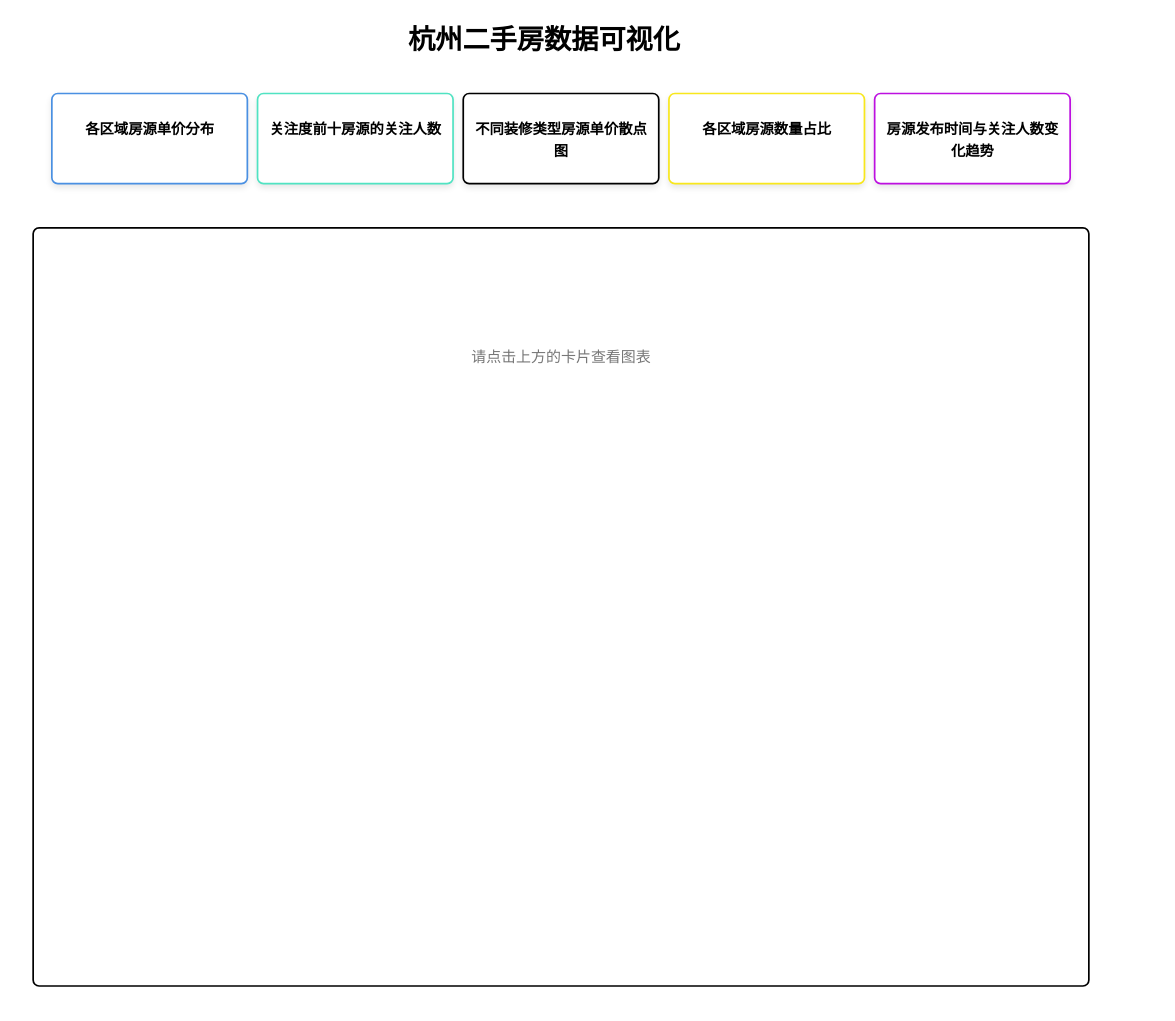
Repository: sakimi-9/DPV-SHP_HangZhou
Page: / (app in rendering/)
These files come from the project's save history. The page is drawn as it stood at one moment and after the next save; the edit follows.
The browser window is 1280 px wide. The page is 1312 px wide, then 1382 px, so the pictures cover 1382 px, including what lies to the right of the window. The pictures show the whole page, at 85% of full size.
The project was rebuilt for these pictures with package versions that can differ from the ones it lists, and the page was loaded fresh each time. Also part of the build but not shown: rendering/vite.config.ts.

Above is the page before, as saved 2025-05-29 11:47:58.

### rendering/index.html
<!DOCTYPE html>
<html lang="en">

<head>
    <meta charset="UTF-8">
    <link rel="icon" href="/favicon.ico">
    <meta name="viewport" content="width=device-width, initial-scale=1.0">
    <title>二手房数据可视化</title>
</head>

<body>
    <div id="app"></div>
    <script type="module" src="/src/main.ts"></script>
</body>

</html>

### rendering/src/App.vue
<template>
  <div>
    <h1 style="text-align: center;">杭州二手房数据可视化</h1>

    <!-- 模式切换 UI -->


    <!-- 2D 图表区域 -->
    <HouseCharts v-if="currentMode === '2D'" :house-data="houseData" />

  </div>
</template>

<script setup lang="ts">
import { ref, onMounted } from 'vue';

// 导入新组件
import HouseCharts from './components/HouseCharts.vue';

// 导入数据解析器
import { ParsedHouse, parseHouseData } from '../util/dataParser';

// Define a ref to store the parsed data
const houseData = ref<ParsedHouse[] | null>(null);

// 定义当前模式状态
const currentMode = ref<'2D'>('2D'); // Only 2D mode is available now

// 定义控制数据分析部分显示的状态变量
const showAnalysis = ref(false);

// 切换数据分析部分显示状态的函数
const toggleAnalysis = () => {
  showAnalysis.value = !showAnalysis.value;
};

// 数据加载逻辑 (修改：先加载经纬度，再加载房源数据)
onMounted(async () => {
  try {
    const response = await fetch('/house_data.json');
    if (!response.ok) {
      throw new Error(`HTTP error! status: ${response.status}`);
    }
    const rawHouseData = await response.json();
    // 解析房源数据时传入经纬度 Map
    houseData.value = parseHouseData(rawHouseData);

    console.log('解析后的数据并存储:', houseData.value);

  } catch (error) {
    console.error('Error loading or processing data:', error);
  }
});

// 显式导出响应式变量 (可能有助于类型检查)
// export { houseData, currentMode };

</script>

<style scoped>
/* Add any specific styles for the 3D visualization container if needed */
/* Only retain App.vue's own styles */
/* HouseCharts.vue */
.chart-display-area>div[ref] {
  width: 100%;
  height: 600px;
  /* Fixed height for the chart */
}

/* HouseCharts.vue */
.chart-display-area {
  /* ... existing styles ... */
  min-height: 850px;
  /* Ensure a minimum height for the box, adjust based on chart height */
}

.chart-display-area>div[ref] {
  width: 100%;
  height: 800px;
  /* Adjusted height */
}

div {
  margin-bottom: 20px;
}

button {
  margin-right: 10px;
}

/* Add styles for the data analysis container */
.data-analysis-container {
  border: 1px solid #ccc;
  /* Add a border */
  padding: 20px;
  /* Add padding inside the box */
  margin-top: 20px;
  /* Add some space above the box */
  background-color: #f9f9f9;
  /* Add a light background color */
  border-radius: 8px;
  /* Rounded corners */
}

.data-analysis-container h2,
.data-analysis-container h3 {
  text-align: center;
  /* Center the titles within the box */
  color: #333;
  /* Darker color for titles */
  margin-bottom: 15px;
  /* Add space below titles */
}

.data-analysis-container h4 {
  margin-top: 15px;
  /* Space above h4 */
  margin-bottom: 10px;
  /* Space below h4 */
  color: #555;
  /* Slightly lighter color for h4 */
}

.data-analysis-container p {
  line-height: 1.6;
  /* Improve readability with more line spacing */
  color: #555;
  /* Slightly lighter color for text */
  margin-bottom: 10px;
  /* Adjust space between paragraphs */
}

.data-analysis-container ul {
  margin-bottom: 15px;
  /* Space below lists */
  padding-left: 20px;
  /* Indent list items */
}

.data-analysis-container ul li {
  margin-bottom: 5px;
  /* Space between list items */
  line-height: 1.5;
  /* Line spacing for list items */
  color: #555;
}


.data-analysis-container p strong {
  color: #000;
  /* Make strong text black */
}

/* Remove styles migrated to TwoDCharts.vue */
/* Keep only App.vue specific styles */

/* Example styles for layout if needed, adjust based on your structure */
/*
.container {
    max-width: 960px;
    margin: 0 auto;
    padding: 20px;
}
*/

/* Add styles for the analysis button */
.analysis-button {
  position: fixed;
  /* Fixed position relative to the viewport */
  bottom: 20px;
  /* 20px from the bottom */
  right: 20px;
  /* 20px from the right */
  z-index: 1000;
  /* Ensure it's above other content */
  padding: 10px 20px;
  font-size: 16px;
  background-color: #007bff;
  color: white;
  border: none;
  border-radius: 5px;
  cursor: pointer;
  box-shadow: 0 2px 5px rgba(0, 0, 0, 0.2);
}

.analysis-button:hover {
  background-color: #0056b3;
}
</style>

### rendering/src/components/HouseCharts.vue
<template>
    <div class="charts-container">
        <!-- Main Title - Centered in App.vue -->

        <!-- Chart Cards Grid -->
        <div class="charts-grid">
            <div v-for="(chart, index) in charts" :key="index" class="chart-card"
                :style="{ 'border-color': getCardColor(index) }" @click="selectChart(index)">
                <h3>{{ chart.title }}</h3>
            </div>
        </div>

        <!-- Chart Display Area (Black Box) -->
        <div class="chart-display-area">
            <div v-if="selectedChartIndex !== null && currentChart" class="selected-chart-content">
                <h3>{{ currentChart.title }}</h3>
                <!-- Chart rendering area - always in DOM, content controlled by JS -->
                <div ref="selectedChartDisplayRef" style="width: 100%; height: 800px;"></div>
            </div>
            <div v-else class="placeholder-message">
                <p>请点击上方的卡片查看图表</p>
            </div>
        </div>

    </div>
</template>

<script setup lang="ts">
import { ref, onMounted, watch, computed, nextTick } from 'vue';
import * as echarts from 'echarts/core';
// Import the necessary components and charts
import { BarChart, PieChart, ScatterChart, BoxplotChart, LineChart } from 'echarts/charts';
import { GridComponent, TooltipComponent, LegendComponent, TitleComponent } from 'echarts/components';
import { CanvasRenderer } from 'echarts/renderers';

// Import data parsing functions
import {
    getAreaPriceBoxPlotData,
    getTop10FollowedHousesData,
    getRenovationPriceScatterData,
    getAreaHouseCountPieData,
    getPublishTimeFollowersTrendData
} from '../../util/chartDataParser';

echarts.use([
    BarChart,
    PieChart,
    ScatterChart,
    BoxplotChart,
    LineChart,
    GridComponent,
    TooltipComponent,
    LegendComponent,
    TitleComponent,
    CanvasRenderer,
]);

// 定义解析后的房源数据接口 (Copy from dataParser.ts for self-containment)
interface ParsedHouse {
    房源标题: string;
    室: number | null;
    厅: number | null;
    面积: number | null; // 平米
    朝向: string | null;
    装修: string | null;
    楼层信息: string | null; // 例如 "中楼层"
    总楼层: number | null;
    建筑年份: number | null; // 例如 2012
    建筑类型: string | null; // 例如 "板塔结合"
    小区名称: string | null;
    所在区域: string | null; // 例如 "临河里"
    单价: number | null; // 元/平
    关注人数: number | null;
    发布时间: string | null; // 例如 "2个月以前发布"
    标签: string[];
}

// 定义接收的 props
const props = defineProps<{ houseData: ParsedHouse[] | null }>();

// Define ref for the selected chart display area
const selectedChartDisplayRef = ref<HTMLElement | null>(null);

// Define the current chart index
const selectedChartIndex = ref<number | null>(null);

// Computed property for the current chart information
const currentChart = computed(() => {
    if (selectedChartIndex.value === null) return null;
    return charts[selectedChartIndex.value];
});

// Function to select a chart
const selectChart = (index: number) => {
    selectedChartIndex.value = index;
    console.log("Selected chart index:", selectedChartIndex.value);
};

// Function to dispose of a chart instance
const disposeChart = (chartElement: HTMLElement) => {
    const chartInstance = echarts.getInstanceByDom(chartElement);
    if (chartInstance) {
        chartInstance.dispose();
    }
};

// Function to render the selected chart
const renderSelectedChart = (
    chartInfo: { title: string, render: (element: HTMLElement, data: ParsedHouse[]) => void } | null,
    data: ParsedHouse[] | null
) => {
    // Dispose of any previously rendered chart in the display area
    if (selectedChartDisplayRef.value) {
        console.log("Disposing previous chart.");

        disposeChart(selectedChartDisplayRef.value);
        selectedChartDisplayRef.value.innerHTML = ''; // Clear previous chart content
    }

    if (!chartInfo || selectedChartIndex.value === null || !data || data.length === 0) {
        console.warn("No chart selected, no data, or chart info not ready.");
        // The placeholder is now controlled by v-else in the template
        console.log("Render conditions not met.", "Index:", selectedChartIndex.value, "Data present:", !!data, "Data length:", data ? data.length : 0);
        return;
    }

    const chartElement = selectedChartDisplayRef.value; // Get the display area element

    if (!chartElement) {
        console.warn("Chart display element is not available.");
        console.log("Render conditions not met.", "Index:", selectedChartIndex.value, "Data present:", !!props.houseData, "Data length:", props.houseData ? props.houseData.length : 0, "Element available:", !!chartElement);

        return; // Exit if the element is null
    }

    // Directly get chart info based on selected index
    if (chartElement && chartInfo) {
        // Render the current chart
        console.log(`Attempting to render chart: ${chartInfo.title}`);
        try {
            chartInfo.render(chartElement, data); // Pass the display area element to the render function
            console.log(`Successfully called render function for: ${chartInfo.title}`);
        } catch (error) {
            console.error(`Error rendering chart ${chartInfo.title}:`, error);
            chartElement.innerHTML = '<p>图表加载失败</p>';
            console.log(`Caught error during render for: ${chartInfo.title}`);
        }
    }
};

// Watch for changes in houseData or selectedChartIndex to determine if a chart *should* be rendered
watch([() => props.houseData, selectedChartIndex], async ([newData, newIndex]) => {
    // If conditions are met (data and index valid), render the chart.
    // Note: We don't await nextTick here directly for ref availability.
    // The rendering will happen when selectedChartDisplayRef becomes available.
    if (newIndex !== null && newData && newData.length > 0) {
        console.log("Data and Index valid, waiting for nextTick...");
        await nextTick(); // Wait for DOM updates

        const chartElement = selectedChartDisplayRef.value;
        if (chartElement) {
            console.log("Ref element available, attempting to render chart.", "Index:", newIndex);
            // Get the chart info directly from the charts array based on the index
            const chartInfo = charts[newIndex];
            if (chartInfo) {
                renderSelectedChart(chartInfo, newData);
            } else {
                console.error("Chart info not found for index:", newIndex);
            }
        } else {
            console.warn("Ref element not available after nextTick.");
        }
    } else {
        // If conditions are not met, dispose the current chart if it exists
        if (selectedChartDisplayRef.value) {
            console.log("Conditions not met, disposing chart.");
            disposeChart(selectedChartDisplayRef.value);
            selectedChartDisplayRef.value.innerHTML = '';
        }
    }
}, { immediate: true }); // Ensure initial check

// Function to get a color for the card based on index
const getCardColor = (index: number) => {
    const colors = ['#4A90E2', '#50E3C2', 'F5A623', '#F8E71C', '#BD10E0']; // Example colors - removed duplicate definition
    return colors[index % colors.length];
};

// --- Chart Render Functions ---

// 1. 各区域房源单价分布对比箱线图
function renderAreaPriceBoxPlot(chartElement: HTMLElement, data: ParsedHouse[]) {
    const chartData = getAreaPriceBoxPlotData(data);

    if (chartData.length === 0) {
        echarts.dispose(chartElement);
        chartElement.innerHTML = '<p>暂无区域单价分布数据</p>';
        return;
    }

    const areas = chartData.map(item => item.area);
    const prices = chartData.map(item => item.prices);

    const myChart = echarts.init(chartElement);
    console.log("ECharts instance initialized for:", "各区域房源单价分布");
    const option = {
        title: {
            text: '各区域房源单价分布',
            left: 'center'
        },
        tooltip: {
            trigger: 'item',
            axisPointer: { type: 'shadow' }
        },
        xAxis: {
            type: 'category',
            data: areas,
            boundaryGap: true,
            nameMap: areas,
            axisLabel: {
                interval: 0,
                rotate: 30,
                overflow: 'breakAll',
                ellipsis: '...'
            }
        },
        yAxis: {
            type: 'value',
            name: '单价 (元/平)'
        },
        series: [
            {
                name: '单价分布',
                type: 'boxplot',
                data: prices,
                tooltip: {
                    formatter: function (param: any) { // Keep any type for simplicity
                        if (param.data) {
                            return [
                                `区域: ${param.name}<br/>`,
                                `最大值: ${param.data[5].toFixed(2)}<br/>`,
                                `第三四分位数: ${param.data[4].toFixed(2)}<br/>`,
                                `中位数: ${param.data[3].toFixed(2)}<br/>`,
                                `第一四分位数: ${param.data[2].toFixed(2)}<br/>`,
                                `最小值: ${param.data[1].toFixed(2)}`
                            ].join('');
                        }
                        return '';
                    }
                }
            }
        ]
    };
    console.log("Setting option for:", "各区域房源单价分布", option);
    myChart.setOption(option);
}

// 2. 关注度前十房源的关注人数柱状图
function renderTop10FollowersBar(chartElement: HTMLElement, data: ParsedHouse[]) {
    const chartData = getTop10FollowedHousesData(data);

    if (chartData.length === 0) {
        echarts.dispose(chartElement);
        chartElement.innerHTML = '<p>暂无关注度前十房源数据</p>';
        return;
    }

    const titles = chartData.map(item => item.title);
    const followers = chartData.map(item => item.followers);

    const myChart = echarts.init(chartElement);
    console.log("ECharts instance initialized for:", "关注度前十房源的关注人数");
    const option = {
        title: {
            text: '关注度前十房源的关注人数',
            left: 'center'
        },
        tooltip: {},
        xAxis: {
            type: 'category',
            data: titles,
            axisLabel: {
                interval: 0,
                rotate: 30,
                overflow: 'breakAll',
                ellipsis: '...'
            }
        },
        yAxis: {
            type: 'value',
            name: '关注人数'
        },
        series: [
            {
                name: '关注人数',
                type: 'bar',
                data: followers
            }
        ]
    };
    console.log("Setting option for:", "关注度前十房源的关注人数", option);
    myChart.setOption(option);
}

// 3. 不同装修类型房源单价散点图
function renderRenovationPriceScatter(chartElement: HTMLElement, data: ParsedHouse[]) {
    const chartData = getRenovationPriceScatterData(data);

    if (chartData.length === 0) {
        echarts.dispose(chartElement);
        chartElement.innerHTML = '<p>暂无装修类型与单价数据</p>';
        return;
    }

    const scatterData = chartData.map((item: { renovation: string, price: number }) => [item.price, item.renovation]); // Explicitly type item

    // Get unique renovation types for y-axis categories
    const renovationTypes = Array.from(new Set(chartData.map((item: { renovation: string, price: number }) => item.renovation))) as string[]; // Explicitly type item and result

    const myChart = echarts.init(chartElement);
    console.log("ECharts instance initialized for:", "不同装修类型房源单价散点图");
    const option = {
        title: {
            text: '不同装修类型房源单价散点图',
            left: 'center'
        },
        tooltip: {
            trigger: 'axis',
            axisPointer: { type: 'shadow' },
            formatter: function (params: any) { // Keep any type for simplicity
                const item = params[0];
                return `装修: ${item.value[1]}<br/>单价: ${item.value[0].toFixed(2)} 元/平`;
            }
        },
        xAxis: {
            type: 'value',
            name: '单价 (元/平)'
        },
        yAxis: {
            type: 'category',
            data: renovationTypes,
            name: '装修类型'
        },
        series: [
            {
                name: '房源',
                type: 'scatter',
                data: scatterData
            }
        ]
    };
    console.log("Setting option for:", "不同装修类型房源单价散点图", option);
    myChart.setOption(option);
}

// 4. 各区域房源数量占比饼图
function renderAreaCountPie(chartElement: HTMLElement, data: ParsedHouse[]) {
    const chartData = getAreaHouseCountPieData(data);

    if (chartData.length === 0) {
        echarts.dispose(chartElement);
        chartElement.innerHTML = '<p>暂无区域房源数量数据</p>';
        return;
    }

    const pieData = chartData.map((item: { area: string, count: number }) => ({
        name: item.area,
        value: item.count
    })); // Explicitly type item

    const myChart = echarts.init(chartElement);
    console.log("ECharts instance initialized for:", "各区域房源数量占比");
    const option = {
        title: {
            text: '各区域房源数量占比',
            left: 'center'
        },
        tooltip: {
            trigger: 'item',
            formatter: '{a} <br/>{b}: {c} ({d}%)'
        },
        legend: {
            orient: 'vertical',
            left: 'left',
            data: chartData.map((item: { area: string, count: number }) => item.area) // Explicitly type item
        },
        series: [
            {
                name: '房源数量',
                type: 'pie',
                radius: '50%',
                data: pieData,
                emphasis: {
                    itemStyle: {
                        shadowBlur: 10,
                        shadowOffsetX: 0,
                        shadowColor: 'rgba(0, 0, 0, 0.5)'
                    }
                }
            }
        ]
    };
    console.log("Setting option for:", "各区域房源数量占比", option);
    myChart.setOption(option);
}

// 5. 房源发布时间与关注人数变化趋势折线图
function renderPublishTimeFollowersLine(chartElement: HTMLElement, data: ParsedHouse[]) {
    const chartData = getPublishTimeFollowersTrendData(data);

    if (chartData.length === 0) {
        echarts.dispose(chartElement);
        chartElement.innerHTML = '<p>暂无发布时间与关注人数趋势数据</p>';
        return;
    }

    const times = chartData.map((item: { time: string, totalFollowers: number }) => item.time); // Explicitly type item
    const totalFollowers = chartData.map((item: { time: string, totalFollowers: number }) => item.totalFollowers); // Explicitly type item

    const myChart = echarts.init(chartElement);
    console.log("ECharts instance initialized for:", "房源发布时间与关注人数变化趋势");
    const option = {
        title: {
            text: '房源发布时间与关注人数变化趋势',
            left: 'center'
        },
        tooltip: {
            trigger: 'axis'
        },
        xAxis: {
            type: 'category',
            data: times,
            axisLabel: {
                interval: 0,
                rotate: 30,
                overflow: 'breakAll',
                ellipsis: '...'
            }
        },
        yAxis: {
            type: 'value',
            name: '总关注人数'
        },
        series: [
            {
                name: '总关注人数',
                type: 'line',
                data: totalFollowers
            }
        ]
    };
    console.log("Setting option for:", "房源发布时间与关注人数变化趋势", option);
    myChart.setOption(option);
}

// Define the list of charts with their titles and render functions
const charts = [
    { title: '各区域房源单价分布', render: renderAreaPriceBoxPlot },
    { title: '关注度前十房源的关注人数', render: renderTop10FollowersBar },
    { title: '不同装修类型房源单价散点图', render: renderRenovationPriceScatter },
    { title: '各区域房源数量占比', render: renderAreaCountPie },
    { title: '房源发布时间与关注人数变化趋势', render: renderPublishTimeFollowersLine },
];

// Initial render logic (optional, handled by watch with immediate: true)
/*
onMounted(() => {
    renderSelectedChart(props.houseData);
});
*/

</script>

<style scoped>
.charts-container {
    display: flex;
    flex-direction: column;
    gap: 30px;
    /* Increased gap */
    align-items: center;
    margin-top: 20px;
    /* Adjusted top margin */
    padding: 20px;
    width: 100%;
    /* Ensure container takes full width */
}

.charts-grid {
    display: grid;
    grid-template-columns: repeat(5, 1fr);
    /* Changed to 5 equal columns */
    gap: 10px;
    /* Reduced gap to make cards smaller */
    width: 100%;
    max-width: 1200px;
    /* Keep max width */
    justify-content: center;
}

.chart-card {
    background-color: #fff;
    border: 2px solid;
    /* Use border-color from style binding */
    border-radius: 8px;
    padding: 10px;
    /* Reduced padding */
    text-align: center;
    cursor: pointer;
    box-shadow: 0 4px 8px rgba(0, 0, 0, 0.1);
    transition: transform 0.3s ease, box-shadow 0.3s ease;
    font-size: 0.9em;
    /* Slightly reduced font size */
}

.chart-card:hover {
    transform: translateY(-5px);
    box-shadow: 0 6px 12px rgba(0, 0, 0, 0.15);
}

.chart-display-area {
    margin-top: 20px;
    /* Space above the display area */
    border: 2px solid black;
    /* Black border */
    border-radius: 8px;
    padding: 20px;
    width: 95%;
    max-width: 1400px;
    /* Keep max width */
    display: flex;
    flex-direction: column;
    align-items: center;
    min-height: 850px;
    /* Ensure a minimum height for the box, adjusted for larger chart */
    /* Ensure a minimum height for the box */
}

.chart-display-area h3 {
    margin-top: 0;
    margin-bottom: 10px;
}

.chart-display-area>div[ref] {
    width: 100%;
    height: 800px;
    /* Increased height for the chart */
    /* Fixed height for the chart */
}

.placeholder-message {
    text-align: center;
    color: #777;
    font-size: 1.1em;
    margin-top: 100px;
    /* Center message vertically */
}

/* Removed carousel related styles */
</style>

Loaded but not shown: rendering/src/main.ts (common file); rendering/public/house_data.json (1034 lines, source omitted); rendering/util/dataParser.ts (112 lines, source omitted); rendering/util/chartDataParser.ts (107 lines, source omitted)

After the next save:
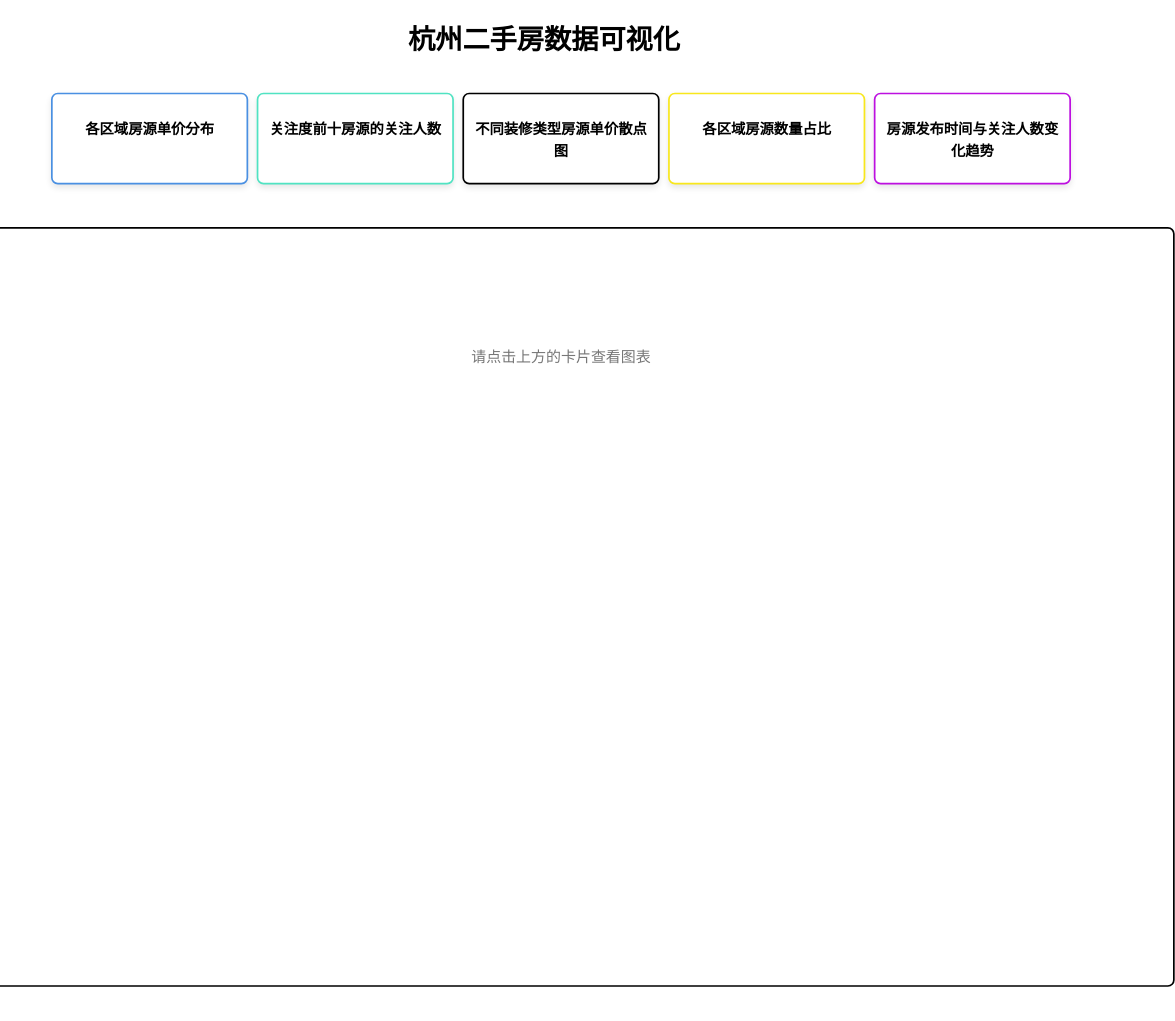
Saved 85 s later.
--- a/rendering/src/components/HouseCharts.vue
+++ b/rendering/src/components/HouseCharts.vue
@@ -524,7 +524,7 @@ onMounted(() => {
     /* Black border */
     border-radius: 8px;
     padding: 20px;
-    width: 95%;
+    width: 120%;
     max-width: 1400px;
     /* Keep max width */
     display: flex;
